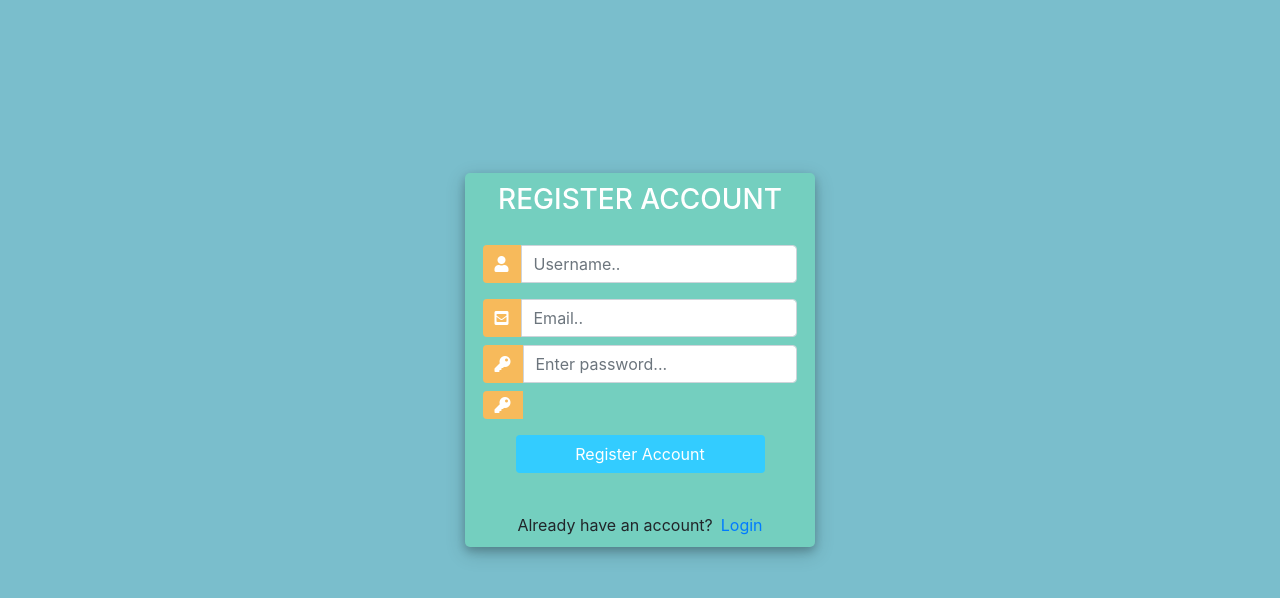
Repository: rohollah-naghipour/Login-form
Page: http://localhost/register/
An editor plug-in stored every save of this project. The page is shown before and after the next save, followed by the edit.
The browser window is 1280 px wide. The pictures show the whole page.
Some web libraries are served in a nearby version. The page is served by the project's application, run on Django 5.2 (manage.py). Other server files are loaded and not shown.

Above is the page before, as saved 2025-05-22 20:22:22.

### users/templates/register.html


<html>

<head>
	<title>Login</title>
	<link rel="stylesheet" href="https://stackpath.bootstrapcdn.com/bootstrap/4.1.3/css/bootstrap.min.css" integrity="sha384-MCw98/SFnGE8fJT3GXwEOngsV7Zt27NXFoaoApmYm81iuXoPkFOJwJ8ERdknLPMO" crossorigin="anonymous">
	<script src="https://ajax.googleapis.com/ajax/libs/jquery/3.3.1/jquery.min.js"></script>
	<link rel="stylesheet" href="https://use.fontawesome.com/releases/v5.6.1/css/all.css" integrity="sha384-gfdkjb5BdAXd+lj+gudLWI+BXq4IuLW5IT+brZEZsLFm++aCMlF1V92rMkPaX4PP" crossorigin="anonymous">

	<style>
		body,
		html {
			margin: 0;
			padding: 0;
			height: 100%;
			background: #7abecc !important;
		}
		.user_card {
			width: 350px;
			margin-top: auto;
			margin-bottom: auto;
			background: #74cfbf;
			position: relative;
			display: flex;
			justify-content: center;
			flex-direction: column;
			padding: 10px;
			box-shadow: 0 4px 8px 0 rgba(0, 0, 0, 0.2), 0 6px 20px 0 rgba(0, 0, 0, 0.19);
			-webkit-box-shadow: 0 4px 8px 0 rgba(0, 0, 0, 0.2), 0 6px 20px 0 rgba(0, 0, 0, 0.19);
			-moz-box-shadow: 0 4px 8px 0 rgba(0, 0, 0, 0.2), 0 6px 20px 0 rgba(0, 0, 0, 0.19);
			border-radius: 5px;

		}

		.form_container {
			margin-top: 20px;
		}

		#form-title{
			color: #fff;
		}
		.login_btn {
			width: 100%;
			background: #33ccff !important;
			color: white !important;
		}
		.login_btn:focus {
			box-shadow: none !important;
			outline: 0px !important;
		}
		.login_container {
			padding: 0 2rem;
		}
		.input-group-text {
			background: #f7ba5b !important;
			color: white !important;
			border: 0 !important;
			border-radius: 0.25rem 0 0 0.25rem !important;
		}
		.input_user,
		.input_pass:focus {
			box-shadow: none !important;
			outline: 0px !important;
		}

	</style>

</head>
<body>
	<div class="container h-100">
		<div class="d-flex justify-content-center h-100">
			<div class="user_card">
				<div class="d-flex justify-content-center">
					<h3 id="form-title">REGISTER ACCOUNT</h3>
				</div>
				<div class="d-flex justify-content-center form_container">

					<form method="POST" action="">
						{% csrf_token %}
						<div class="input-group mb-3">
							<div class="input-group-append">
								<span class="input-group-text"><i class="fas fa-user"></i></span>
							</div>
							<input class="login-input" type="text" id="username" name="username" placeholder="Username" required>
						</div>
						<div class="input-group mb-2">
							<div class="input-group-append">
								<span class="input-group-text"><i class="fas fa-envelope-square"></i></span>
							</div>
							<input class="login-input" type="email" id="email" name="email" placeholder="Email" required>
						</div>
						<div class="input-group mb-2">
							<div class="input-group-append">
								<span class="input-group-text"><i class="fas fa-key"></i></span>
							</div>
							<input class="login-input" type="password" id="password" name="password">
						</div>
						<div class="input-group mb-2">
							<div class="input-group-append">
								<span class="input-group-text"><i class="fas fa-key"></i></span>
							</div>
						</div>

				   		<div class="d-flex justify-content-center mt-3 login_container">
				 			<input class="btn login_btn" type="submit" value="Register Account">
				   		</div>
					</form>
				</div>

				<div class="mt-4">
					<div class="d-flex justify-content-center links">
						Already have an account? <a href="{% url 'login' %}" class="ml-2">Login</a>
					</div>
				</div>
			</div>
		</div>
	</div>
	<script>
						/* Because i didnt set placeholder values in forms.py they will be set here using vanilla Javascript
		//We start indexing at one because CSRF_token is considered and input field
		 */

		//Query All input fields
		var form_fields = document.getElementsByTagName('input')
		form_fields[1].placeholder='Username..';
		form_fields[2].placeholder='Email..';
		form_fields[3].placeholder='Enter password...';
		form_fields[4].placeholder='Re-enter Password...';


		for (var field in form_fields){
			form_fields[field].className += ' form-control'
		}
	</script>
</body>
</html>

### users/views.py
from django.shortcuts import render
from django.shortcuts import redirect
from django.contrib.auth import login,authenticate

from .models import User



def registerPage(request):
    if request.method == 'POST':
        username = request.POST['username']
        email = request.POST['email']
        password = request.POST['password']
        user = User.objects.create_user(username = username, email= email, password = password)
        login(request,user)
        return redirect('login/')
    return render(request, 'register.html',status = 200)


def loginPage(request):
    if request.method == 'POST':
        username = request.POST['username']
        password = request.POST['password']

        user = authenticate(request, username = username, password = password)
        if user is not None:
            login(request, user)
            return redirect('Home/')
        else:
            return render(request, 'login.html', {'error': 'Invalid username or password'})
    return render(request, 'login.html')



def homepage(request):
    return render(request, 'Home.html', status=200)

### Login_form/urls.py


from django.contrib import admin
from django.urls import path, include


urlpatterns = [
    path('admin/', admin.site.urls),
    path('', include('users.urls')),
]

### users/urls.py
from django.urls import path
from . import views


urlpatterns = [
    path('register/', views.registerPage ,name = 'register'),
    path('login/', views.loginPage, name = 'login'),
    path('register/login/Home/', views.homepage, name = 'home'),
    path('register/login/', views.loginPage, name = 'login'),
    path('login/Home/', views.homepage, name = 'home')
]

After the next save:
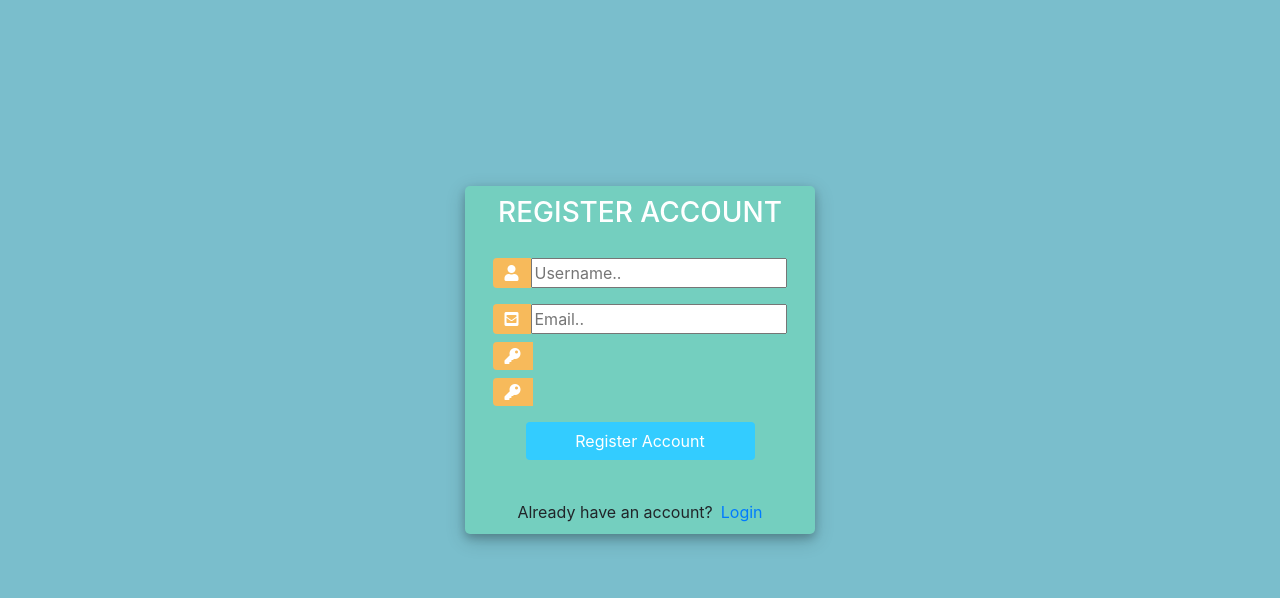
Console error: TypeError: Cannot set properties of undefined (setting 'placeholder')
Saved 47 s later.
--- a/users/templates/register.html
+++ b/users/templates/register.html
@@ -94,7 +94,6 @@
 							<div class="input-group-append">
 								<span class="input-group-text"><i class="fas fa-key"></i></span>
 							</div>
-							<input class="login-input" type="password" id="password" name="password">
 						</div>
 						<div class="input-group mb-2">
 							<div class="input-group-append">

After the save that followed:
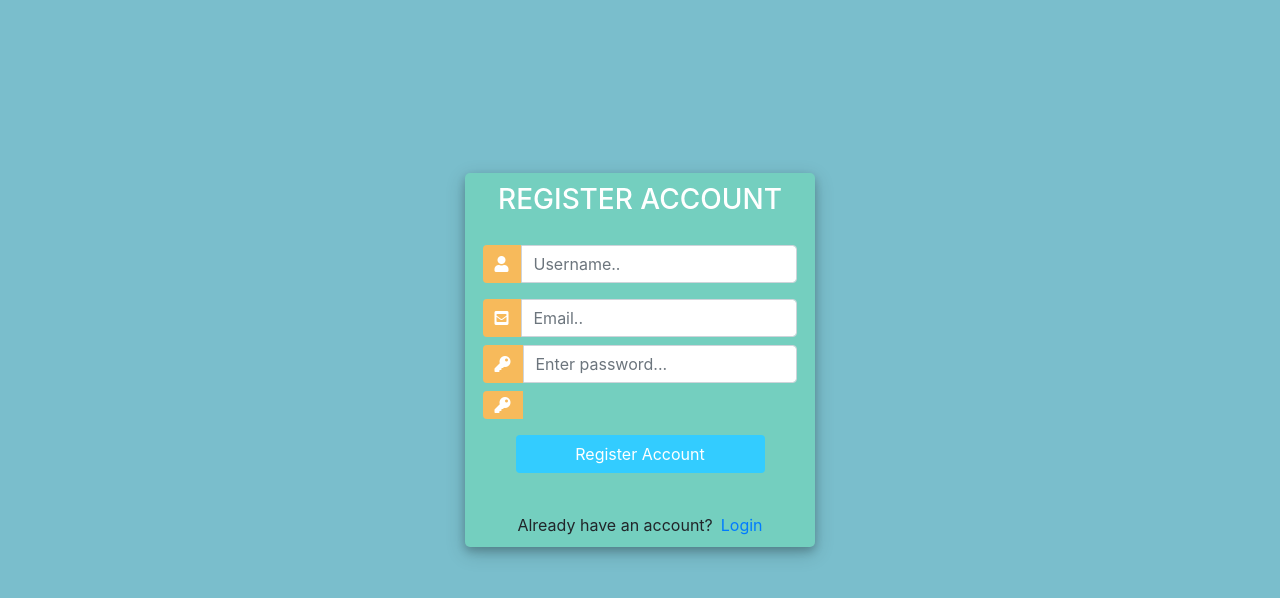
The error is gone.
Saved 11 s later.
--- a/users/templates/register.html
+++ b/users/templates/register.html
@@ -94,6 +94,7 @@
 							<div class="input-group-append">
 								<span class="input-group-text"><i class="fas fa-key"></i></span>
 							</div>
+							<input class="login-input" type="password" id="password" name="password" placeholder="Password" required>
 						</div>
 						<div class="input-group mb-2">
 							<div class="input-group-append">
